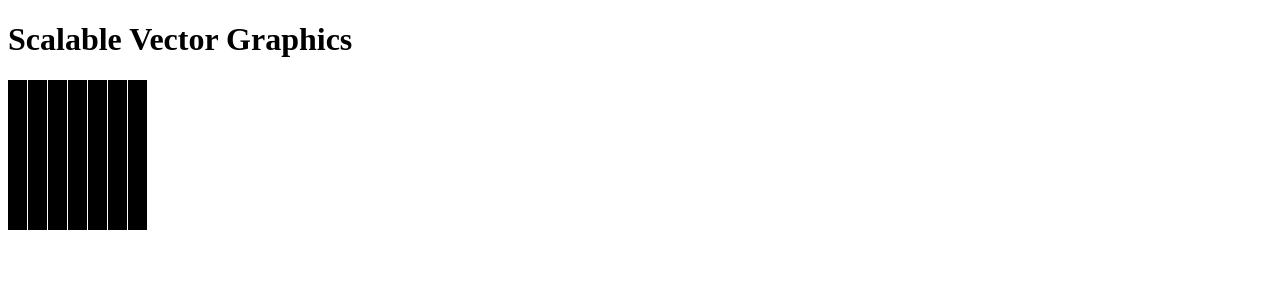
Repository: david-connaughton/data-visualisation
Page: svg.html
The author's editor kept a record of every edit. The page is drawn from the files as they stood at one moment, then again after the next edit.
The browser window is 1280 px wide. The pictures show the whole page.

Above is the page before.

After the next edit:
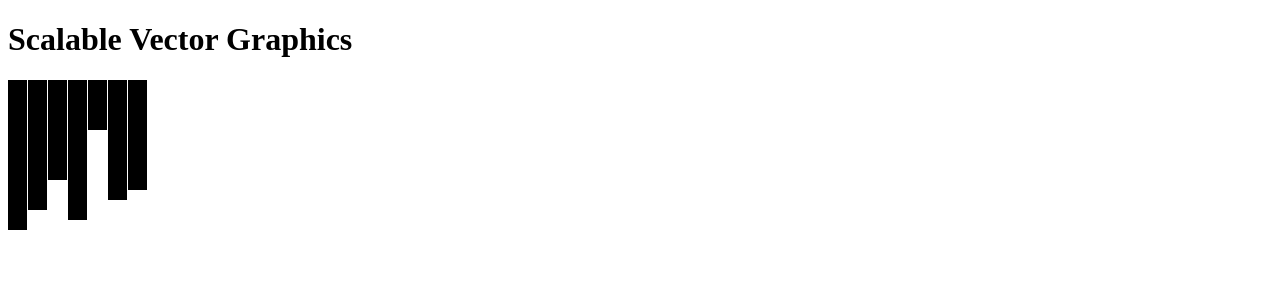
The edit:
--- a/svg.html
+++ b/svg.html
@@ -22,12 +22,12 @@
 
 
        <rect x='0' y='' width='19' height='150' fill=''/>
-       <rect x='20' y='' width='19' height='150' fill=''/>
-       <rect x='40' y='' width='19' height='150' fill=''/>
-       <rect x='60' y='' width='19' height='150' fill=''/>
-       <rect x='80' y='' width='19' height='150' fill=''/>
-       <rect x='100' y='' width='19' height='150' fill=''/>
-       <rect x='120' y='' width='19' height='150' fill=''/>
+       <rect x='20' y='' width='19' height='130' fill=''/>
+       <rect x='40' y='' width='19' height='100' fill=''/>
+       <rect x='60' y='' width='19' height='140' fill=''/>
+       <rect x='80' y='' width='19' height='50' fill=''/>
+       <rect x='100' y='' width='19' height='120' fill=''/>
+       <rect x='120' y='' width='19' height='110' fill=''/>
     </svg>
 
 </body>
